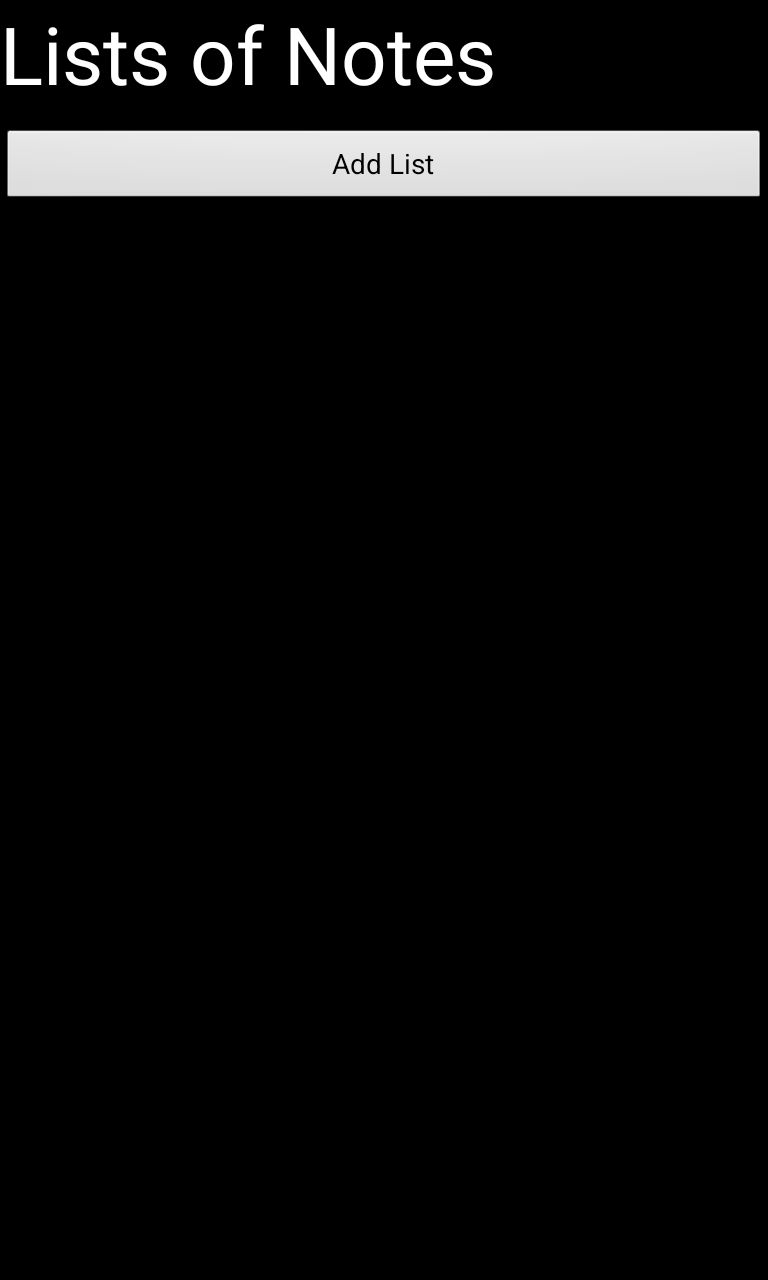
Repository: sandrapatfer/PROMPT11-10-CloudComputing.sandrapatfer
Layout: src/FinalWork/AndroidCloudNotes/AndroidCloudNotes/res/layout/tasklist_list_view.xml
The author's editor kept a copy of each file at every save. The layout is drawn from the files as they stood at one save, then again after the next save.
It is drawn on a 768 x 1280 px phone screen (xhdpi) without system bars, with theme android:Theme; the app's code is not run. Lists and similar views that code fills are empty.

Above is the layout before, as saved 2012-06-03 20:09:03.

### src/FinalWork/AndroidCloudNotes/AndroidCloudNotes/res/layout/tasklist_list_view.xml
<?xml version="1.0" encoding="utf-8"?>
<LinearLayout xmlns:android="http://schemas.android.com/apk/res/android"
    android:layout_width="match_parent"
    android:layout_height="match_parent"
    android:orientation="vertical" >

    <TextView
        android:id="@+id/textView1"
        android:layout_width="match_parent"
        android:layout_height="60dp"
        android:text="@string/tasklist_title"
        android:textAppearance="?android:attr/textAppearanceLarge"
        android:textSize="40dp" />


    <ListView
        android:id="@+id/tasklist_view"
        android:layout_width="match_parent"
        android:layout_height="wrap_content"
        android:layout_margin="2dp" >

    </ListView>

    <Button
        android:id="@+id/button1"
        android:layout_width="match_parent"
        android:layout_height="40dp"
        android:text="@string/tasklist_createnew_label" />

</LinearLayout>

### src/FinalWork/AndroidCloudNotes/AndroidCloudNotes/res/values/strings.xml
<?xml version="1.0" encoding="utf-8"?>
<resources>

    <string name="hello">Hello World, AndroidCloudNotesActivity!</string>
    <string name="app_name">Prompt Cloud Notes for Android</string>
    <string name="tasklistitem_label">"List: "</string>
    <string name="tasklist_title">Lists of Notes</string>
    <string name="tasklist_createnew_label">Add List</string>

</resources>

After the next save:
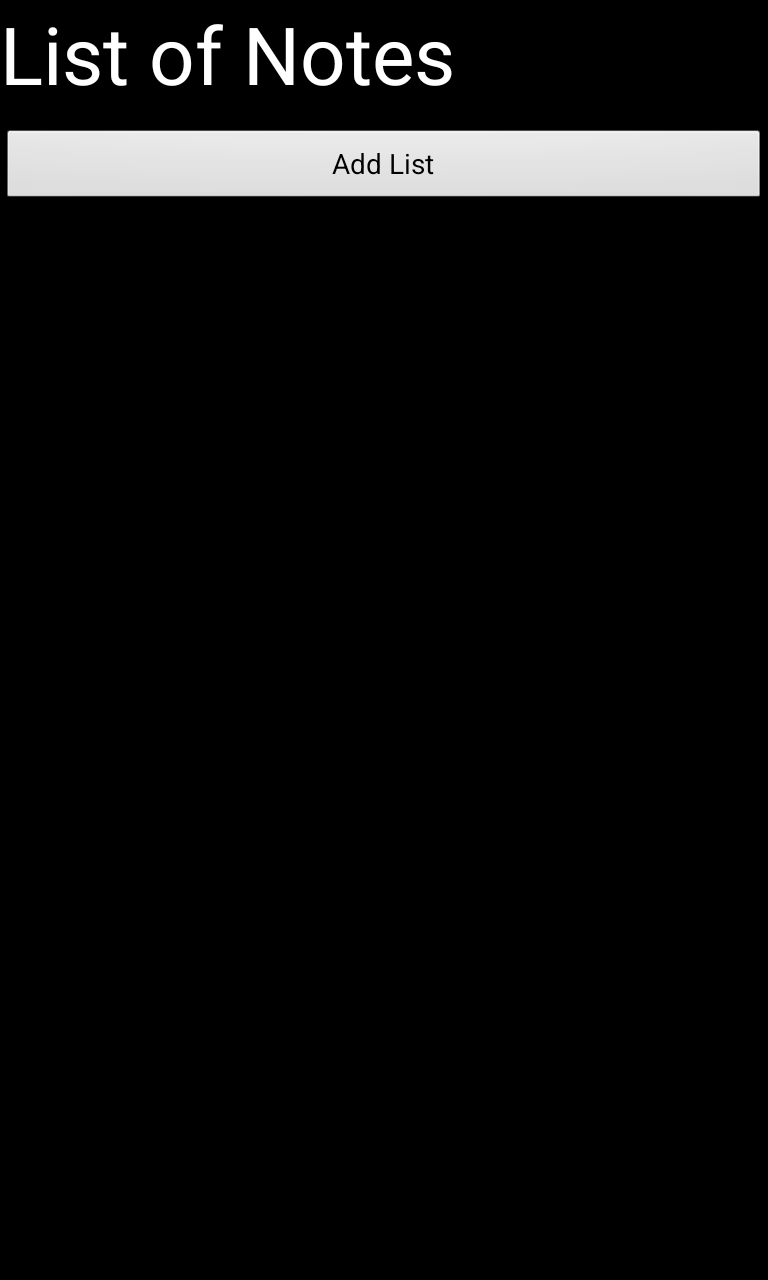
Saved 2 min 38 s later.
--- a/src/FinalWork/AndroidCloudNotes/AndroidCloudNotes/res/values/strings.xml
+++ b/src/FinalWork/AndroidCloudNotes/AndroidCloudNotes/res/values/strings.xml
@@ -4,7 +4,8 @@
     <string name="hello">Hello World, AndroidCloudNotesActivity!</string>
     <string name="app_name">Prompt Cloud Notes for Android</string>
     <string name="tasklistitem_label">"List: "</string>
-    <string name="tasklist_title">Lists of Notes</string>
+    <string name="tasklists_title">Lists of Notes</string>
+    <string name="tasklist_title">List of Notes</string>
     <string name="tasklist_createnew_label">Add List</string>
 
 </resources>
